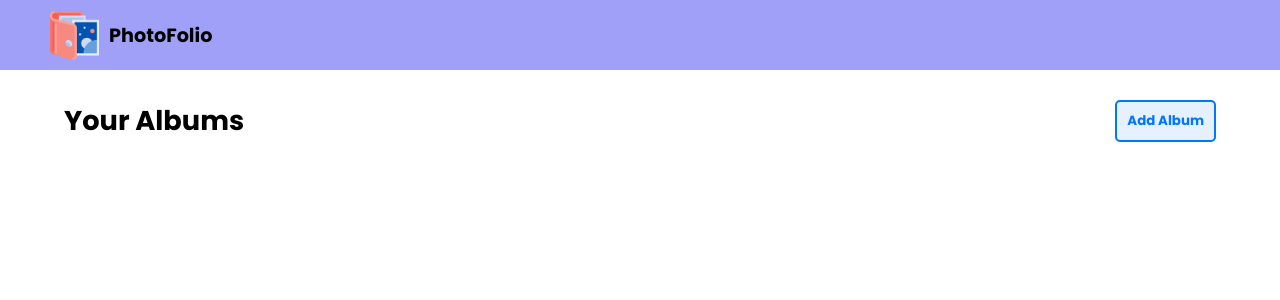
Repository: sourabhsinghyadav001/photo-folio
Page: /
An editor plug-in stored every save of this project. The page is shown before and after the next save, followed by the edit.
The browser window is 1280 px wide. The pictures show the whole page.
The page's requests for data from a server got no answer. The project was rebuilt for these pictures with package versions that can differ from the ones it lists, and the page was loaded fresh each time. No one was signed in, and anything a server would have sent is missing. Also part of the build but not shown: src/components/Input.module.css, src/components/Input.js, src/components/FormButton.module.css, src/components/FormButton.js.

Above is the page before, as saved 2023-05-27 22:12:21.

After the next save:
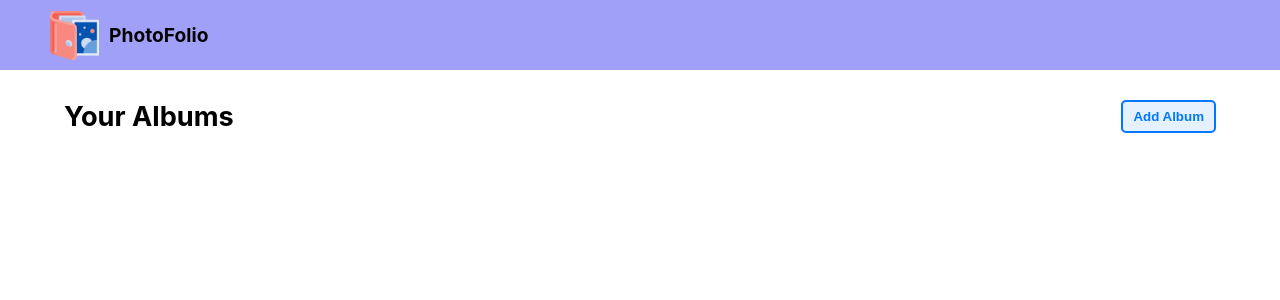
Saved 5 s later.
--- a/src/styles/global.css
+++ b/src/styles/global.css
@@ -1,4 +1,5 @@
 @import url("https://fonts.googleapis.com/css2?family=Poppins:wght@300;700&display=swap");
+import 'react-toastify/dist/ReactToastify.css';
 * {
   margin: 0;
   padding: 0;

After the save that followed:
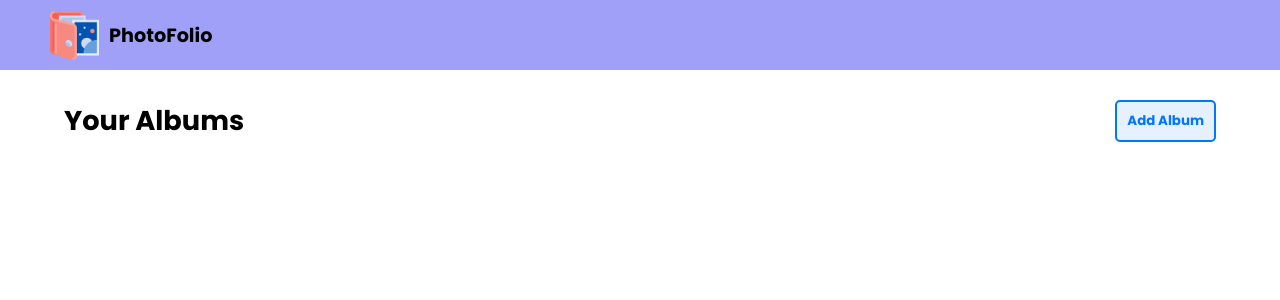
Saved 4 s later.
--- a/src/styles/global.css
+++ b/src/styles/global.css
@@ -1,5 +1,5 @@
 @import url("https://fonts.googleapis.com/css2?family=Poppins:wght@300;700&display=swap");
-import 'react-toastify/dist/ReactToastify.css';
+
 * {
   margin: 0;
   padding: 0;
